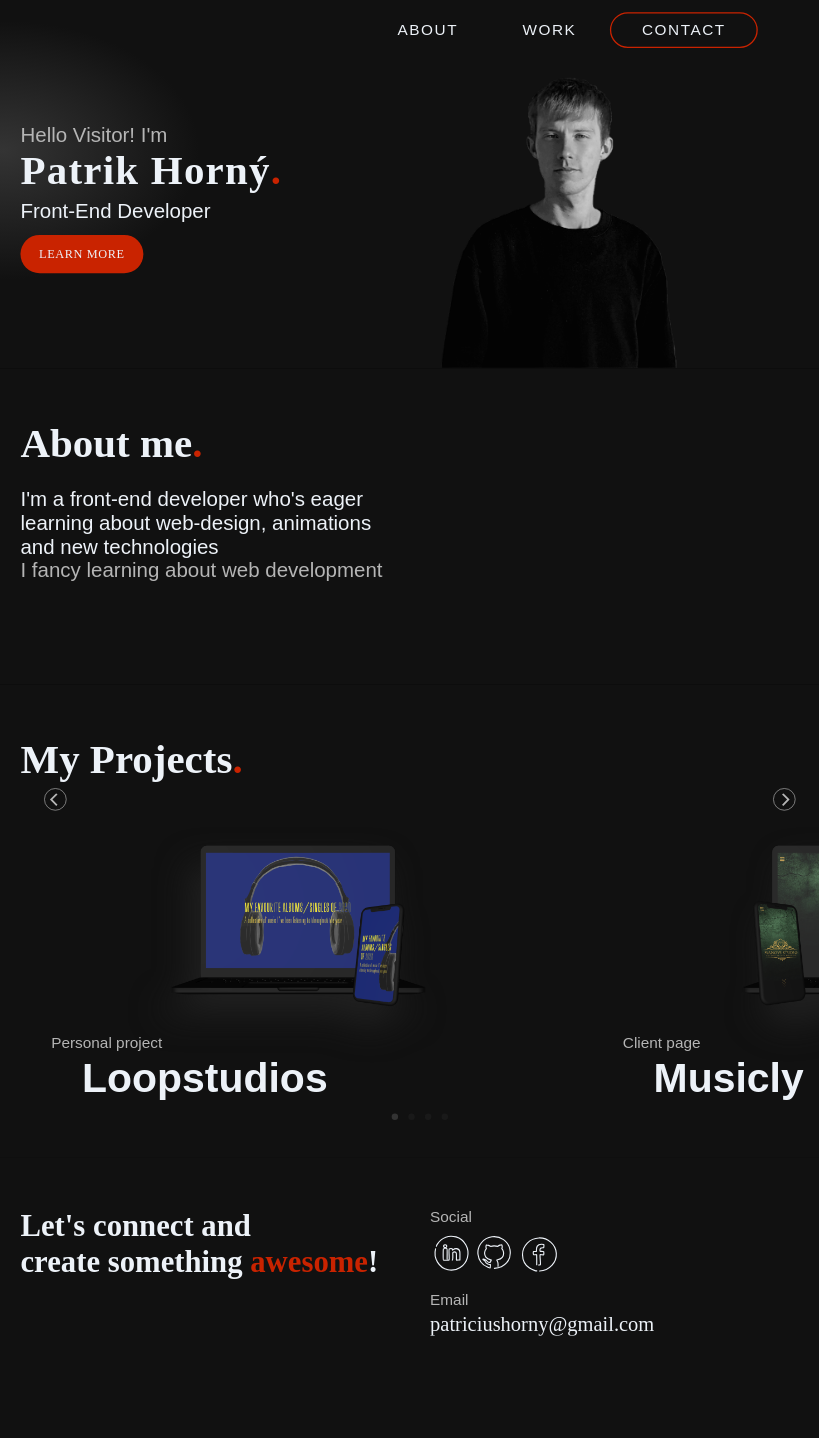
Repository: Spreceriany/portfolio
Page: index.html
These files come from the project's save history. The page is drawn as it stood at one moment and after the next save; the edit follows.
The browser window is 1280 px wide. The pictures show the whole page, at 64% of full size.
Some web fonts or font styles are not loaded; a fallback is used. The style sheet was rebuilt from its Sass, Less or Tailwind sources for each picture, by a compiler version that may differ from the author's.

Above is the page before, as saved 2021-03-11 15:52:00.

### index.html
<!DOCTYPE html>
<html lang="en">

<head>
    <meta charset="UTF-8">
    <meta http-equiv="X-UA-Compatible" content="IE=edge">
    <meta name="viewport" content="width=device-width, initial-scale=1.0">
    <title>Patrik Horny | Portfolio</title>
    <link rel="stylesheet" href="css/style.css">
    <link rel="preconnect" href="https://fonts.gstatic.com">
    <link href="https://fonts.googleapis.com/css2?family=Asul&family=Chivo:wght@900&display=swap" rel="stylesheet">
    <link rel="stylesheet" href="https://unpkg.com/flickity@2/dist/flickity.min.css">

</head>

<body>
    <header>
        <nav>
            <ul>
                <li><a href="#">About</a></li>
                <li><a href="#">Work</a></li>
                <li><a href="#">Contact</a></li>
            </ul>
            <div class="burger">
                <div class="line1"></div>
                <div class="line2"></div>
                <div class="line3"></div>
            </div>
        </nav>
    </header>

    <main>
        <section class="hero">
            <div class="hero__left-col">
                <p class="gray">Hello Visitor! I'm</p>
                <h1>Patrik Horný<span class="orange">.</span></h1>
                <p>Front-End Developer</p>
                <a href="#" class="btn">Learn more</a>

            </div>
            <div class="hero__right-col">
                <img src="./img/my_photo.png" alt="my-photo">

            </div>
        </section>

        <section class="about">
            <div class="about__left-col">
                <h2>About me<span class="orange">.</span></h2>
                <p>I'm a front-end developer who's eager learning about web-design, animations and new technologies
                </p>
                <p class="gray">I fancy learning about web development</p>
            </div>


        </section>

        <section class="work">
            <h2>My Projects<span class="orange">.</span></h2>
            <div class="carousel">

                <a class="work__item" href="https://musicly2020.netlify.app/">
                    <div class="block">
                        <img srcset="./img/musicly-mob/musicly-sm_aquzlh_c_scale,w_200.png 200w,
                        ./img/musicly-mob/musicly-sm_aquzlh_c_scale,w_662.png 611w,
                         ./img/musicly-lg.png  900w" src="./img/mobile/musicly-sm.png"

                         class="block-image" alt="musicly">

                        <small>Personal project</small>
                        <h3>Musicly 2020</h3>
                    </div>
                </a>

                <a class="work__item" href="https://manovistudio.dk/">
                    <div class="block">
                         <img srcset="./img/manovi-mob/manovistudio_euxpyv_c_scale,w_200.png 200w,
                         ./img/manovi-mob/manovistudio_euxpyv_c_scale,w_519.png 433w,
                         ./img/manovi-mob/manovistudio_euxpyv_c_scale,w_741.png 611w,
                         ./img/manovi-lg.png 900w"

                         src="./img/mobile/manovistudio.png" alt="manovistudio" class="block-image">
                         <small>Client page</small>
                         <h3>Manovistudio</h3>
                    </div>

                </a>

                <a class="work__item" href="https://wrappedgreen.netlify.app/">
                    <div class="block">
                          <img srcset="./img/wrapped-mob/wrapped-sm_lgvr6n_c_scale,w_200.png 200w,
                          ./img/wrapped-mob/wrapped-sm_lgvr6n_c_scale,w_583.png 433w,
                          ./img/wrapped-mob/wrapped-sm_lgvr6n_c_scale,w_848.png 644w,
                          ./img/wrapped-lg.png 900w"
                          src="./img/mobile/wrapped-sm.png" class="block-image" alt="wrappedgreen">
                          <small>Landing page</small>
                          <h3>Wrapped Green</h3>
                    </div>

                </a>



                <a class="work__item" href="https://loopstudiovr.netlify.app/">
                    <div class="block">
                        <img srcset="./img/loop-mob/loopstudios-sm_hzrmrv_c_scale,w_200.png 200w,
                        ./img/loop-mob/loopstudios-sm_hzrmrv_c_scale,w_433.png 433w,
                        ./img/loop-mob/loopstudios-sm_hzrmrv_c_scale,w_611.png 611w,
                        ./img/loop-lg.png 900w" src="./img/loop-mob/loopstudios-sm_hzrmrv_c_scale,w_200.png"
                    alt="loopstudios" class="block-image">
                        <small>Landing page</small>
                        <h3>Loopstudios</h3>

                    </div>

                </a>





            </div>

        </section>

        <section class="contact">
            <div class="contact__left-col">
                <h3>Let's connect and</h3>
                <h3>create something <span class="orange">awesome</span>! </h3>
            </div>

            <div class="contact__right-col">
                <small class="gray">Social
                </small>
                <ul>
                    <li><a href="https://www.linkedin.com/in/patrik-horn%C3%BD-42b797205/">
                            <svg height="256px" version="1.1" viewBox="0 0 256 256"
                                width="256px" xml:space="preserve" xmlns="http://www.w3.org/2000/svg"
                                xmlns:xlink="http://www.w3.org/1999/xlink">
                                <path class="st0"
                                    d="M34.367,105.308c-15.255,58.994,21.499,118.714,77.309,130.865c54.491,11.864,108.741-24.931,122.132-78.209  c13.576-54.011-18.103-112.414-72.055-127.246C77.289,8.035,39.505,84.527,39.501,88.37" />
                                <path class="st0"
                                    d="M106.662,168.972c-0.36-21.051,0.978-61.432-0.945-63.422  c-1.923-1.99-17.046-7.923-19.883-12.471c-2.838-4.548-2.011-13.662,8.126-13.674s11.419,8.666,8.78,14.31  c-2.64,5.644-17.584,9.811-19.288,12.105c-1.704,2.294-2.429,68.28,0,69.899c2.429,1.619,32.926,1.484,35.624-0.54  c2.699-2.024-3.374-67.47,0-69.09s17.407-1.889,19.162-1.079c1.754,0.81,0.675,7.692,1.889,8.366  c1.214,0.675,10.171-11.177,24.289-9.446c10.46,1.282,19.837,10.121,21.321,18.892s0.899,34.545,0.54,51.817  c-7.197,0.27-14.394,0.675-21.59,0.945c-0.27-14.574,1.08-33.6-0.81-43.586c-1.889-9.986-22.328-9.849-22.13,0  s1.619,43.586-2.699,43.451"
                                    id="linkedin" />
                            </svg>
                        </a></li>
                    <li><a href="https://github.com/Spreceriany">
                           <svg height="256px" version="1.1" viewBox="0 0 256 256"
                                width="256px" xml:space="preserve" xmlns="http://www.w3.org/2000/svg"
                                xmlns:xlink="http://www.w3.org/1999/xlink">
                                <path class="st0" d="M128.1,222.073" />
                                <path class="st0"
                                    d="M130.164,226.986c63.917-3.557,108.667-52.057,97.259-116.5c-9.288-52.47-60.722-87.613-112.739-80.577  C61.952,37.041,21.39,85.877,27.386,139.004c5.689,47.857,35.128,70.23,59.685,80.335c5.717,2.353,13.401,5.785,15.997,5.229  c2.596-0.556,1.763-14.95,1.763-21.889c-16,2.459-21.475-3.841-24.875-7.563c-3.857-4.222-6.125-8.563-10.063-14.938  s-11.063-4.875-11.813-8.563s15-2.688,26.313,11.25c8.188,10.146,16.928,7.089,21.625,4.188c0.154-1.612,0.526-3.775,1.438-6.188  c0.967-2.557,3.625-4.104,3.208-5.854c-0.417-1.75-21.804-0.577-34-17.667c-8.809-12.344-9.129-26.955-5.667-37.833  c2.322-7.297,6.196-12.443,8.833-15.417c-1.011-2.162-2.513-6.109-2.583-11.25c-0.076-5.549,1.554-9.796,2.583-12  c3.492,0.104,8.54,0.644,14.25,2.667c5.469,1.937,9.593,4.542,12.333,6.583c4.975-1.671,12.218-3.489,21.083-3.667  c10.135-0.203,18.344,1.819,23.667,3.583c2.616-2.336,6.987-5.648,13.167-7.917c4.489-1.648,8.518-2.229,11.5-2.417  c1.143,2.165,3.075,6.519,3.167,12.332c0.085,5.351-1.426,9.47-2.416,11.664c2.867,3.459,7.394,9.875,9.502,18.995  c0.751,3.249,4.857,20.981-6.996,36.24c-12.408,15.974-33.06,13.524-33.992,15.73c-0.932,2.206,3.964,6.297,6.266,14.877  c2.302,8.58,1.327,24.979,1.327,24.979" />
                            </svg>
                        </a></li>

                    <li><a href="https://www.facebook.com/profile.php?id=100007154296012">
                           <svg height="256px" version="1.1" viewBox="0 0 256 256"
                                width="256px" xml:space="preserve" xmlns="http://www.w3.org/2000/svg"
                                xmlns:xlink="http://www.w3.org/1999/xlink">
                                <g>
                                    <path class="st0"
                                        d="M118.489,204.01c0.668-30.724-0.583-59.627-0.514-61.433c0.099-2.572-16.945,1.061-19.046-1.053   c-2.101-2.114-3.309-18.205-0.521-19.591s15.355,1.129,18.007-0.526c2.652-1.655-11.513-55.269,46.601-43.421   c1.589,0.795-0.132,18.732-1.059,20.122c-0.927,1.39-12.708-1.787-19.062,3.177c-6.354,4.964-3.707,18.664-2.383,19.591   c1.324,0.927,20.188,0.198,21.445,1.589s1.456,18.798,0,20.122c-1.456,1.324-20.819-2.41-22.769-1.058   c-1.606,1.113,4.224,60.038,2.558,62.373c-1.666,2.335-7.731,2.133-11.56,2.226" />
                                    <path class="st0"
                                        d="M136.577,243.358c60.912-1.648,108.145-53.478,104.395-110.472c-3.662-55.647-54.02-97.612-108.923-95.753   C76.39,39.017,29.02,85.605,29.68,141.555c1.549,87.443,85.505,102.61,89.2,101.551" />
                                </g>
                            </svg>
                        </a></li>
                </ul>
                <small class="gray">Email</small>
                <a href="mailto:patriciushorny@gmail.com">patriciushorny@gmail.com</a>
            </div>

        </section>
    </main>

    <script src="https://unpkg.com/flickity@2/dist/flickity.pkgd.min.js"></script>

    <script src="js/script.js"></script>

</body>

</html>

### js/script.js
var elem = document.querySelector(".carousel");
var flkty = new Flickity(elem, {
  contain: true,

  prevNextButtons: true,
  pageDots: true,
  cellAlign: "left",
  contain: true,
  wrapAround:true,
  selectedAttraction: 0.01,
friction: 0.15
});

### css/style.scss
@import "button/button";
@import "colors/colors";
@import "./mixin/mixin";
@import "./components/header";
@import "./components/hero";
@import "./components/about";
@import "./components/work";
@import "./components/contact";
@import "./components/carousel";

body {
  font-family: "Asul", "Chivo", sans-serif;
  margin: auto;
  max-width: 1920px;
  overflow-x: hidden;
  background: radial-gradient(
    59.93% 44.1% at -11.63% 36.77%,
    #343434 0%,
    #111111 100%
  );
}

* {
  box-sizing: border-box;
  margin: 0;
  padding: 0;
  -webkit-font-smoothing: antialiased;
  -moz-osx-font-smoothing: grayscale;
}




main {
  margin: 0 auto;
  background-color: black;
}

### css/button/button.scss
@import "/css/colors/colors";
@import "/css/mixin/mixin";

.btn {
    background-color: $orange;
    padding: 1em 0.7em;
    color: $white-ish;
    border-radius: 9999px;
    width: 10em;
    flex-shrink: 0;
    text-align: center;
    text-decoration: none;
    text-transform: uppercase;
    font-family: "Chivo";
    letter-spacing: 0.05em;
    margin: 1em 0;
    @include clamping(.8rem,3vw ,1.2rem );
    &:hover {
      background-color: transparent;
    }
    @media(min-width:556px){

      padding: 1em .5em;

    }
  }

### css/colors/_colors.scss
$white-ish: #edf2f8;
$orange: rgb(201, 35, 0);
$gray: #b5b5b5;
$black: #111111;

.orange {
    color: $orange;
  }

.gray {
color: $gray;
}

### css/mixin/_mixin.scss
@mixin clamping($min, $mid, $max) {
  font-size: clamp($min, $mid, $max);
}

@mixin grid($breakpoint) {
  display: grid;
  grid-template-columns: 1fr;
  @media (min-width: $breakpoint) {
    grid-template-columns: 1fr 1fr;
  }
}

### css/components/_header.scss
@import "../colors/colors";
@import "../mixin/mixin";

header {
    max-width: 1440px;
    margin: 0 auto;
    min-height: 13vh;
    position: absolute;
    top: 0;
    left: 0;
    right: 0;
    display: flex;
    justify-content: flex-end;
    z-index: 2;
    nav {
      min-height: 10vh;
      display: flex;
      align-items: center;
      top: 0;
      right: 0;

      .burger {
        cursor: pointer;
        margin-right: 2em;
        @media (min-width: 996px) {
          display: none;
        }
        div {
          background-color: $orange;
          margin: 0.3em;
          transition: transform 500ms ease, opacity 500ms ease, width 500ms ease;
          &:nth-child(1) {
            width: 1.5em;
            height: 0.2em;
          }
          &:nth-child(2) {
            width: 1em;
            height: 0.2em;
          }

          &:nth-child(3) {
            width: 0.6em;
            height: 0.2em;
          }
        }
      }

      ul {
        margin-left: auto;
        display: none;
        @media (min-width: 992px) {
          display: block;
        }

        li {
          display: inline-block;
          padding: 0.5em 2em;
          font-size: 1.5rem;
          text-transform: uppercase;
          cursor: pointer;

          &:last-of-type {
            border: 2px solid $orange;
            border-radius: 9999px;
            background-image: linear-gradient($orange, $orange);
            background-position: 50% 50%;
            background-repeat: no-repeat;
            background-size: 0% 100%;
            transition: background-size 0.3s;
            margin-right: 4em;
            &:hover {
              background-size: 100% 100%;
            }
          }

          &:not(:last-child) a:hover {
            color: $orange;
          }
          a {
            width: 100%;
            text-decoration: none;
            color: $white-ish;
            letter-spacing: 0.1em;
            transition: color 0.3s ease-out;
          }
        }
      }
    }
  }

### css/components/_hero.scss
@import "../colors/colors";
@import "../mixin/mixin";

.hero {
    width: 100%;

    margin: 0 auto;
    min-height: 80vh;
    @media(min-width:556px){
      max-height: 100vh;
    }
    background: radial-gradient(
      59.93% 44.1% at -11.63% 36.77%,
      #343434 0%,
      #111111 100%
    );
    @media(min-width:556px){
      background: radial-gradient(23.93% 35.1% at 0.37% 40.77%, #343434 0%, #111111 100%);
    }
    align-items: center;
    color: $white-ish;
    position: relative;
    @include grid(556px);

    &__left-col {
      display: flex;
      flex-direction: column;
      padding-left: 2em;
      padding-top: 4em;
      ul {
        list-style-type: none;
        li {
          display: inline-flex;
          width: 2em;
          img {
            width: 100%;
          }
        }
      }

      p {
        @include clamping(1rem, 3vw, 2rem);
      }

      h1 {
        @include clamping(2rem, 5vw, 6rem);
        margin-bottom: 0.1em;
        letter-spacing: 0.03em;
        font-family: "Chivo";
      }
    }

    &__right-col {
      position: relative;

      display: flex;
      flex-direction: column;
      align-items: flex-end;
      width: 100%;
      height: 100%;
      &::after {
        content: "";
        position: absolute;
        width: 100%;
        height: 100%;
        bottom: 0;
        left: 0;
        box-shadow: inset 0 -10px 10px -10px #000000;
        @media(min-width:556px){
          box-shadow: none;
        }
      }
      img {
        position: absolute;
        width: 70%;
        right: 0;
        bottom: 0;
        @media(min-width:556px){
          max-width: 90%;
          object-fit: contain;
          height: 80%;
          left:0;
          right: auto;
        }
      }
    }
  }

### css/components/_about.scss
@import "../colors/colors";
@import "../mixin/mixin";


.about {
    width: 100%;
    padding: 5em 0 10em 0;
    background-color: #111111;
    color: $white-ish;
    display: grid;

    @include grid(556px);
    &__left-col {
      padding: 0 2em;
      h2 {
        font-family: "Chivo";
        @include clamping(2rem, 5vw, 6rem);
        margin-bottom: 0.5em;
      }
      p{
        @include clamping(1.2rem, 3vw, 2rem);
      }
    }


  }

### css/components/_work.scss
@import "../colors/colors";
@import "../mixin/mixin";

.work {
    width: 100%;
    padding: 5em 0;
    position: relative;
    background-color: $black;
    padding-left: 2em;
    h2 {
      color: $white-ish;
      font-family: "Chivo";

      @include clamping(2rem, 5vw, 6rem);

    }
    &__item {
      position: relative;
      width: 69%;
      height: 100%;
      margin-right: 2em;
      display: flex;
      flex-direction: column;
      margin-bottom: 5em;


      .link{
        opacity:0;
        position: absolute;
        top: 100%;
        left: 24%;
        text-decoration: none;
        color: $white-ish;
        border:1px solid $white-ish;
      }


      .block{
        height: 100%;
      }
      .block:hover {
        .link{
          opacity:1;
          z-index: 5;
        }



      }
      img {
        width: 100%;
        height: 100%;
        object-fit: contain;
        position: relative;
      }
      &:nth-child(odd) img {
        filter: drop-shadow(-17px 31px 25px rgb(32, 32, 32));
      }
      &:nth-child(even) img {
        filter: drop-shadow(20px 31px 25px rgb(32, 32, 32));
      }

      small {
        display: block;
        color: $gray;
        font-size: clamp(0.8rem, 3vw, 1.5rem);
      }
      h2 {
        color: $white-ish;
        font-family: "Asul";
        letter-spacing: 0.02em;
        padding-left: 0;
        font-weight: normal;
        @include clamping(1.7rem, 5vw, 6rem);
      }

      h3{
        @include clamping(1.7rem, 5vw, 4rem);
        color: $white-ish;
        position: relative;
        display: inline-block;
        color: $orange;
        overflow: hidden;
        background: linear-gradient(to right, $orange, $orange 50%, $white-ish 50%);
        background-clip: text;
        -webkit-background-clip: text;
        -webkit-text-fill-color: transparent;
        background-size: 200% 100%;
        background-position: 100%;
        transition: background-position 275ms ease;
        text-decoration: none;
        &:hover {
          background-position: 0 100%;
        }
      }

      small,
      h3 {
        position: absolute;
        margin-top: 1.5em;
        top: 74%;
        padding-left: 2em;

        @media(min-width:1000px){
          margin-top:  0.8em;
        }
      }
    }
  }

### css/components/_contact.scss
@import "../colors/colors";
@import "../mixin/mixin";

.contact{
    width: 100%;
    padding: 5em 0 10em 0em;
    background: $black;
    color: $white-ish;
    display: grid;
    grid-template-columns: 1fr;
    @media(min-width:556px){
      grid-template-columns: 1fr 1fr;
    }


    &__left-col{
      margin-bottom: 2em;
      font-family: 'Asul';
      padding: 0em 2em;
      @media(max-width:556px){
        padding: 0;
      }
      h3{
        @include clamping(2rem, 5vw, 3rem);


        .orange{

          font-weight: bold;


        }
      }
    }

    &__right-col{
      display: flex;
      flex-direction: column;
      @media(max-width:556px){
        padding:0;
      }
      padding: 0em 2em;

      small{
        @include clamping(.9rem,3vw ,1.5rem );
        margin-bottom: .2em ;
      }

      svg {
        width: 100%;
        height: 100%;
        fill: none;
        stroke: #edf2f8;
        stroke-width: 7;
        stroke-linecap: round;
        stroke-linejoin: round;
        stroke-miterlimit: 10;
        transition: stroke 0.3s, transform 0.3s ease-in;
        &:hover {
          stroke: $orange !important;
          transform: translateY(-4px);
        }
      }

      ul {
        list-style-type: none;
        li {
          display: inline-flex;
          width: 3em;
          @media(min-width:556px){
            width: 4em;
            margin-bottom: 1.5em;
          }
          img {
            width: 100%;
          }
        }
      }

      a{
        @include clamping(1.5rem, 5vw, 2rem);
        position: relative;
        display: inline-block;
        color: $orange;
        overflow: hidden;
        background: linear-gradient(to right, $orange, $orange 50%, $white-ish 50%);
        background-clip: text;
        -webkit-background-clip: text;
        -webkit-text-fill-color: transparent;
        background-size: 200% 100%;
        background-position: 100%;
        transition: background-position 275ms ease;
        text-decoration: none;
        font-family: 'Chivo';
        &:hover {
          background-position: 0 100%;
        }
      }
    }
  }

### css/components/_carousel.scss
@import "../colors/colors";
@import "../mixin/mixin";

.carousel {
  width: 100%;
  height: 50vh;
  @media (min-width: 1212px) {
    height: 70vh;
  }
}

.flickity-viewport {
  height: 100% !important;
}

.flickity-prev-next-button {
  top: 5% !important;
  width: 27px !important;
  height: 27px !important;
  border-radius: 50% !important;
  transform: translateY(-50%);
  margin: 0 1em;

  @media (min-width: 556px) {
    margin: 0 2em;
    width: 35px !important;
    height: 35px !important;
  }
}

.flickity-button {
  position: absolute;
  background: transparent !important;
  border: 1px solid $gray !important;
  color: $gray !important;
}

.flickity-button-icon{
    transition: color .3s ease;
}

.flickity-button-icon {

    &:hover, &:focus-within{
        color: $orange;
    }

}

.block-image{
    transition: opacity .3s ease;

}


.block:hover .block-image {
  opacity: 0.4;
}



.block:hover::before {
  content: "See project";
  position: absolute;
  width: 14%;
  height: 2%;
  top: 38%;
  color: #edf2f8;
  border: 1px solid #edf2f8;
  left: 0;
  z-index: 10;
  padding: 1em 0.6em;
  text-align: center;
  left: 41%;
  font-family: "Chivo";

}

After the next save:
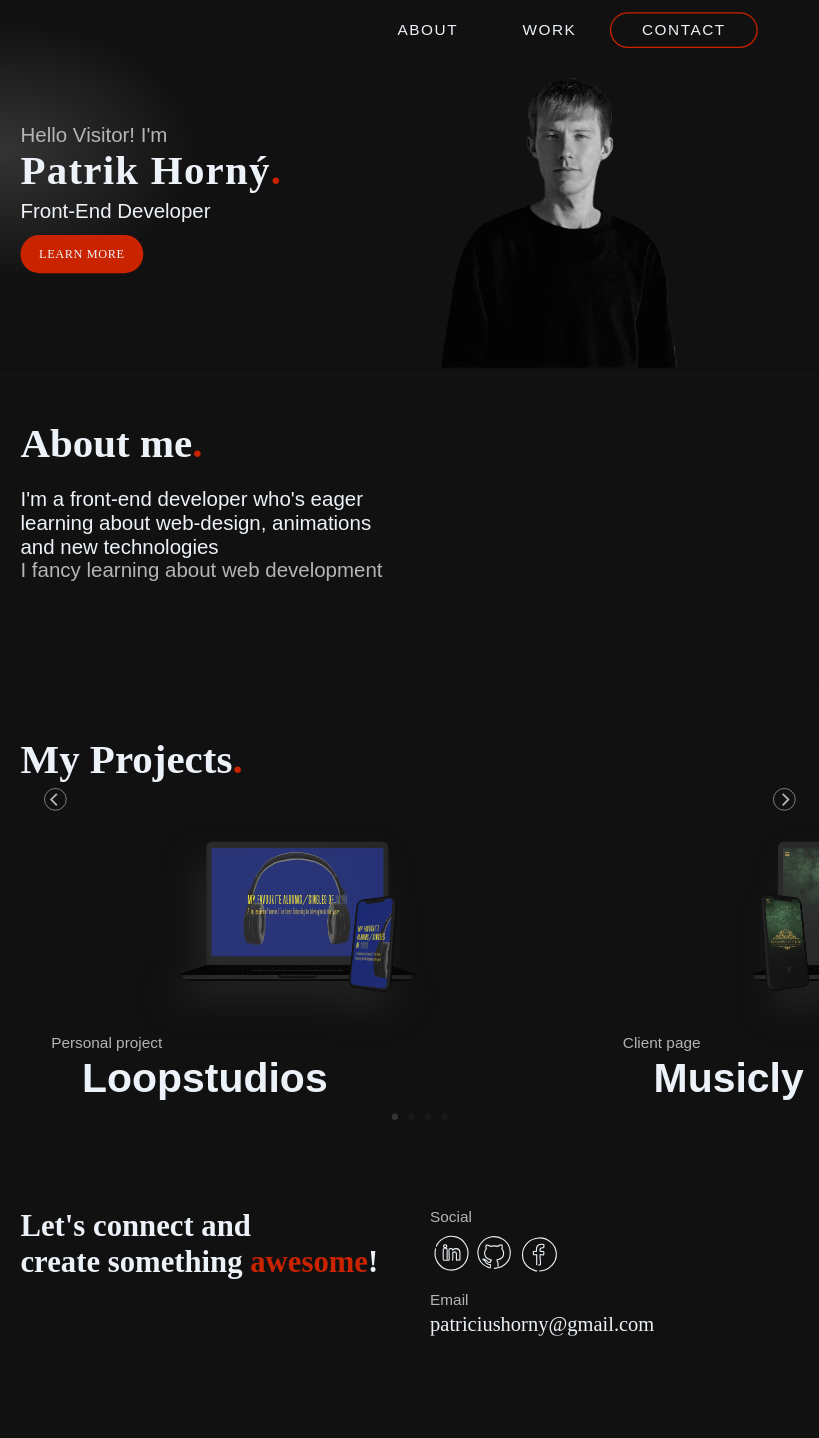
Saved 5 s later.
--- a/css/components/_work.scss
+++ b/css/components/_work.scss
@@ -21,7 +21,7 @@
       margin-right: 2em;
       display: flex;
       flex-direction: column;
-      margin-bottom: 5em;
+      padding-bottom: 2em;
 
 
       .link{
